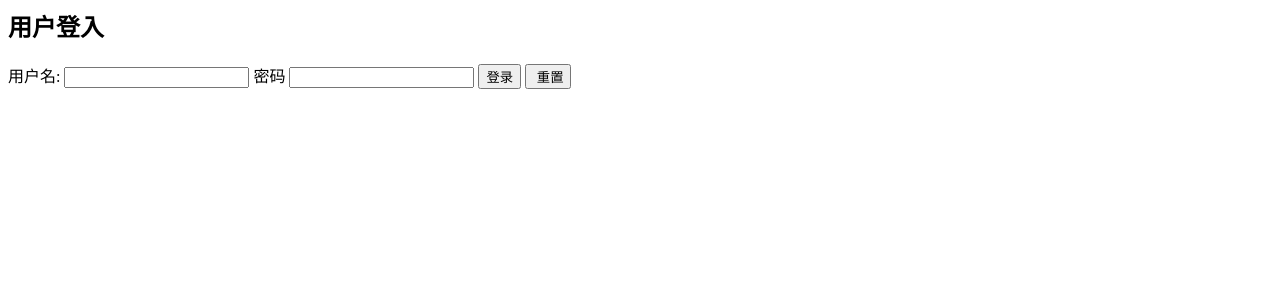
Repository: wikelgc/JSP
Page: http://localhost/chapter_four/
These files come from the project's save history. The page is drawn as it stood at one moment and after the next save; the edit follows.
The browser window is 1280 px wide. The pictures show the whole page.
The page is served by Tomcat 9. Other server files are loaded and not shown.

Above is the page before, as saved 2015-05-28 13:56:23.

### chapter_four/WebRoot/index.jsp
<%@page contentType="text/html; charset=UTF-8" language="java"%>
<html>
	<head>
	 	<h2>用户登入</h2>
	</head>
	<body>
		<form action=" doLogon.jsp">
			用户名:
			<input type = "text" name = "userName">
			密码
			<input type = "password" name = "userPass">

			<input type = "submit" value="登录">
			<input type = "reset" value=" 重置">
		</form>
	</body>
</html>

After the next save:
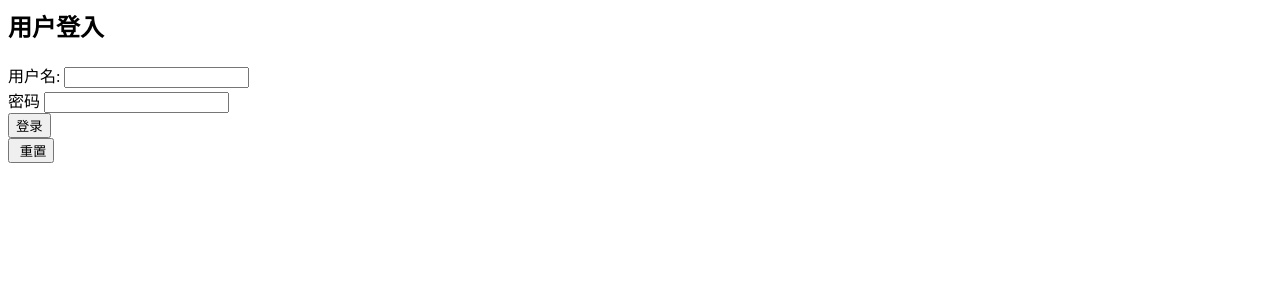
Saved 59 s later.
--- a/chapter_four/WebRoot/index.jsp
+++ b/chapter_four/WebRoot/index.jsp
@@ -6,12 +6,12 @@
 	<body>
 		<form action=" doLogon.jsp">
 			用户名:
-			<input type = "text" name = "userName">
+			<input type = "text" name = "userName"><br>
 			密码
-			<input type = "password" name = "userPass">
+			<input type = "password" name = "userPass"></br>
 
-			<input type = "submit" value="登录">
-			<input type = "reset" value=" 重置">
+			<input type = "submit" value="登录"></br>
+			<input type = "reset" value=" 重置"></br>
 		</form>
 	</body>
 </html>
